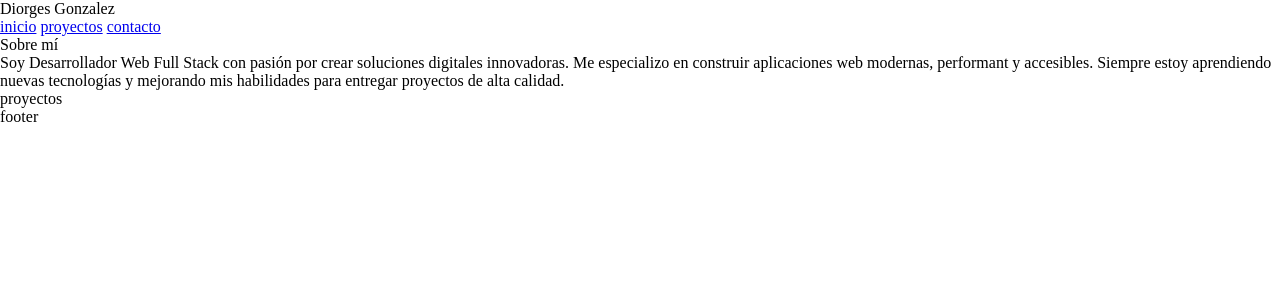
Repository: DenLion09/DenLion09.dots
Page: javascipt_withow_filter/basic/ejercisios/portfolio2/index.html
The author's editor kept a copy of each file at every save. The page is drawn from the files as they stood at one save, then again after the next save.
The browser window is 1280 px wide. The pictures show the whole page.

Above is the page before, as saved 2026-05-17 22:57:04.

After the next save:
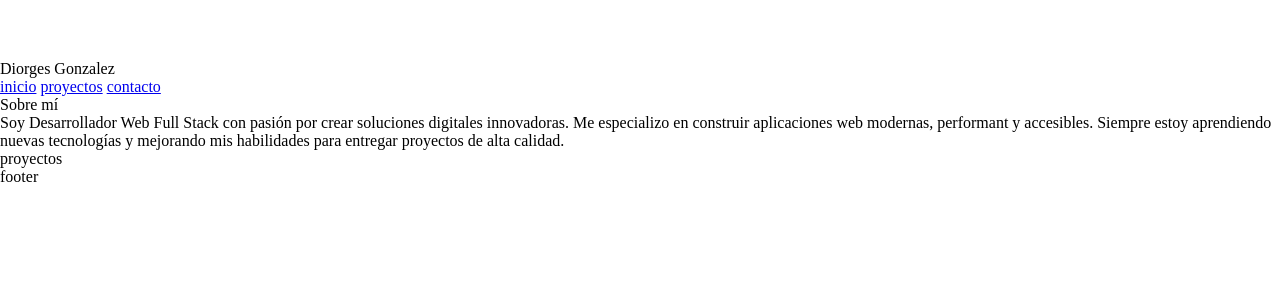
Saved 2 min 39 s later.
--- a/javascipt_withow_filter/basic/ejercisios/portfolio2/style.css
+++ b/javascipt_withow_filter/basic/ejercisios/portfolio2/style.css
@@ -3,3 +3,7 @@
   padding: 0%;
   box-sizing: border-box;
 }
+
+body {
+  padding-top: 60px;
+}
